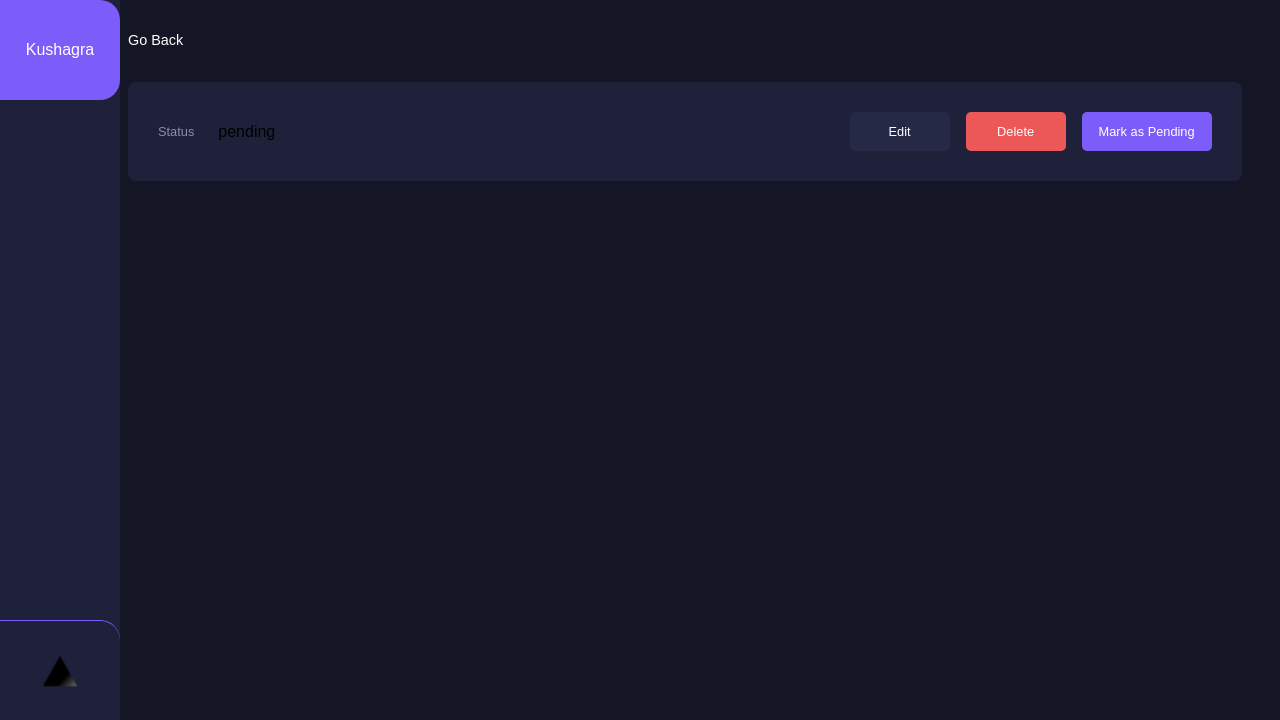
Repository: kushagrasaxena061/Invoice
Page: /invoices/id
The author's editor kept a copy of each file at every save. The page is drawn from the files as they stood at one save, then again after a run of saves.
The browser window is 1280 px wide. The pictures show the whole page.
The project was rebuilt for these pictures with package versions that can differ from the ones it lists, and the page was loaded fresh each time. The framework's server and built-in components were replaced by stand-ins that run in the browser. Also part of the build but not shown: next.config.js.

Above is the page before, as saved 2022-10-29 15:52:21.

After the next 2 saves:
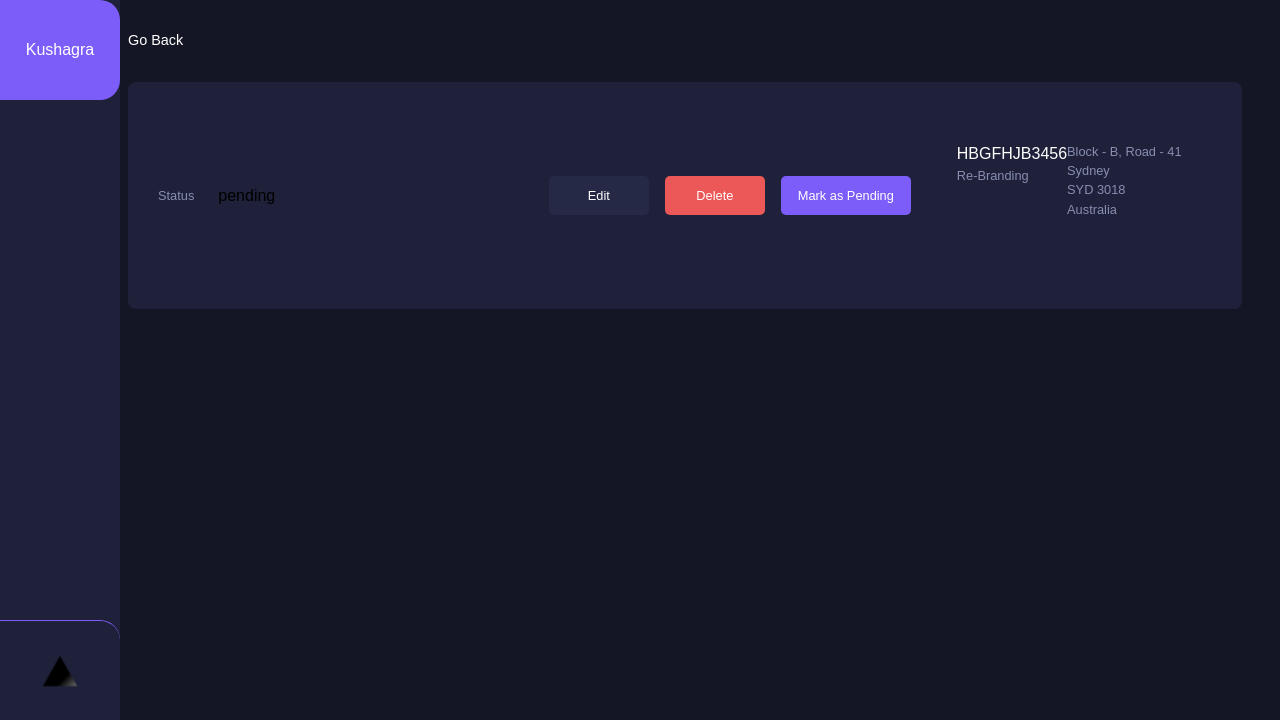
The 2 saves are shown as one change because 1 did not build or start.
The last was saved 3 min 16 s later.
--- a/pages/invoices/[invoiceId]/index.js
+++ b/pages/invoices/[invoiceId]/index.js
@@ -5,7 +5,7 @@ export default function index() {
     <div>
       <div className="main__container">
         <div className="back__btn">
-          <h6 > Go Back</h6>
+          <h6> Go Back</h6>
         </div>
 
         {/* ======= invoice details header ========== */}
@@ -17,25 +17,24 @@ export default function index() {
           </div>
 
           <div className="details__btns">
-            <button
-              className="edit__btn"
+            <button className="edit__btn">Edit</button>
+            <button className="delete__btn">Delete</button>
+            <button className="mark__as-btn">Mark as Pending</button>
 
-            >
-              Edit
-            </button>
-            <button
-              className="delete__btn"
-
-            >
-              Delete
-            </button>
-            <button
-              className="mark__as-btn"
-
-            >
-              Mark as Pending
-            </button>
-
+            <div className="invoice__details">
+              <div className="details__box">
+                <div>
+                  <h4>HBGFHJB3456</h4>
+                  <p>Re-Branding</p>
+                </div>
+                <div>
+                  <p>Block - B, Road - 41</p>
+                  <p>Sydney</p>
+                  <p>SYD 3018</p>
+                  <p>Australia</p>
+                </div>
+              </div>
+            </div>
           </div>
         </div>
       </div>
